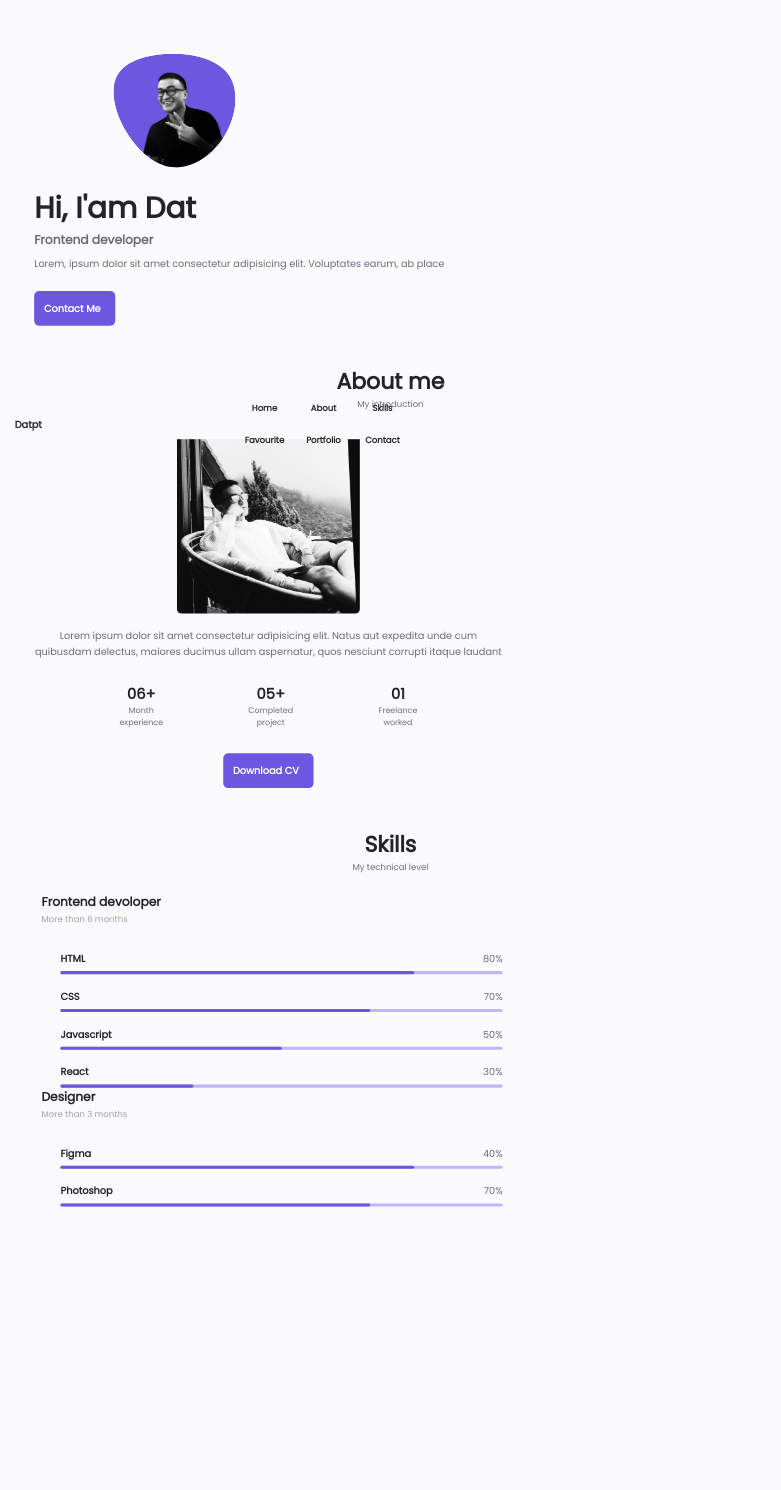
Repository: Datt21/portfolio
Page: index.html
These files come from the project's save history. The page is drawn as it stood at one moment and after the next save; the edit follows.
The browser window is 1280 px wide. The pictures show the whole page, at 61% of full size.
Some icons come from a web library that is not loaded, so they are not drawn.

Above is the page before, as saved 2021-07-10 17:31:35.

### index.html
<!DOCTYPE html>
<html lang="en">
<head>
    <meta charset="UTF-8">
    <meta http-equiv="X-UA-Compatible" content="IE=edge">
    <meta name="viewport" content="width=device-width, initial-scale=1.0">
    <!--============= ICONS ================  -->
    <link rel="stylesheet" href="https://unicons.iconscout.com/release/v4.0.0/css/line.css">

    <!-- ============= SWIPER CSS =============== -->
    <link rel="stylesheet" href="">

    <!-- =============== CSS ========================= -->
    <link rel="stylesheet" href="./Css/style.css">

    <title>Portfolio</title>
</head>
<body>
    <!--============================ HEADER ============================ -->
    <header class="header" id="header">
        <nav class="nav container">
            <a href="#" class="nav__logo">Datpt</a>

            <div class="nav__menu" id="nav-menu">
                <ul class="nav__list grid">
                    <li class="nav__item">
                        <a href="#home" class="nav__link">
                            <i class="uil uil-estate nav__icon"></i>Home
                        </a>
                    </li>
                    <li class="nav__item">
                        <a href="#about" class="nav__link">
                            <i class="uil uil-user nav__icon"></i>About
                        </a>
                    </li>
                    <li class="nav__item">
                        <a href="#skills" class="nav__link">
                            <i class="uil uil-file-alt nav__icon"></i>Skills
                        </a>
                    </li>
                    <li class="nav__item">
                        <a href="#fovourite" class="nav__link">
                            <i class="uil uil-books nav__icon"></i>Favourite
                        </a>
                    </li>
                    <li class="nav__item">
                        <a href="#portfolio" class="nav__link">
                            <i class="uil uil-scenery nav__icon"></i>Portfolio
                        </a>
                    </li>
                    <li class="nav__item">
                        <a href="#contact" class="nav__link">
                            <i class="uil uil-message nav__icon"></i>Contact
                        </a>
                    </li>
                </ul>
                <i class="uil uil-times nav__close" id="nav-close"></i>
            </div>

            <div class="nav__btns">
                <div class="nav__toggle" id="nav-toggle">
                    <i class="uil uil-apps"></i>
                </div>
            </div>
        </nav>
    </header>

     <!--==================== MAIN ====================-->
     <main class="main">
        <!--==================== HOME ====================-->
        <section class="home section" id="home">
            <div class="home__container container grid">
                <div class="home__content grid">
                    <div class="home__social">
                        <a href="https://www.facebook.com/profile.php?id=100043830603950" target="_blank" class="home__social-icon">
                            <i class="uil uil-facebook"></i>
                        </a>
                        <a href="https://t.me/datpt21" target="_blank" class="home__social-icon">
                            <i class="uil uil-telegram-alt"></i>
                        </a>
                        <a href="https://github.com/Datt21" target="_blank" class="home__social-icon">
                            <i class="uil uil-github-alt"></i>
                        </a>
                    </div>

                    <div class="home__img">
                        <svg class="home__blob" viewBox="0 0 200 187" xmlns="http://www.w3.org/2000/svg" xmlns:xlink="http://www.w3.org/1999/xlink">
                            <mask id="mask0" mask-type="alpha">
                                <path d="M190.312 36.4879C206.582 62.1187 201.309 102.826 182.328 134.186C163.346 165.547
                                130.807 187.559 100.226 186.353C69.6454 185.297 41.0228 161.023 21.7403 129.362C2.45775
                                97.8511 -7.48481 59.1033 6.67581 34.5279C20.9871 10.1032 59.7028 -0.149132 97.9666
                                0.00163737C136.23 0.303176 174.193 10.857 190.312 36.4879Z"/>
                            </mask>
                            <g mask="url(#mask0)">
                                <path d="M190.312 36.4879C206.582 62.1187 201.309 102.826 182.328 134.186C163.346
                                165.547 130.807 187.559 100.226 186.353C69.6454 185.297 41.0228 161.023 21.7403
                                129.362C2.45775 97.8511 -7.48481 59.1033 6.67581 34.5279C20.9871 10.1032 59.7028
                                -0.149132 97.9666 0.00163737C136.23 0.303176 174.193 10.857 190.312 36.4879Z"/>

                                <image class="home_blob-img" x='12' y='18 'xlink:href="./images/me.png"/>
                            </g>
                        </svg>

                    </div>

                    <div class="home__data">
                        <h1 class="home__title">Hi, I'am Dat</h1>
                        <h3 class="home_subtitle">Frontend developer</h3>
                        <p class="home_description">Lorem, ipsum dolor sit amet consectetur adipisicing elit.
                            Voluptates earum, ab place</p>
                        <a href="#contact" class="button button--flex">
                            Contact Me<i class="uil uil-message button__icon"></i>
                        </a>
                    </div>
                </div>

                <div class="home_scroll">
                    <a href="#about" class="home__scroll-button button--flex">
                        <i class="uil uil-mouse-alt-2 home__scroll-mouse"></i>
                        <span class="home__scroll-name">Scroll down</span>
                        <i class="uil uil-arrow-down home__scroll-arrow"></i>
                    </a>
                </div>
            </div>
        </section>

        <!--==================== ABOUT ====================-->
        <section class="about section" id="about">
            <h2 class="section__title">About me</h2>
            <span class="section__subtitle">My introduction</span>

            <div class="about__container container grid">
                <img src="./images/me2.jpg" alt="" class="about__img">

                <div class="about-data">
                    <p class="about-decription">Lorem ipsum dolor sit amet consectetur adipisicing elit.
                        Natus aut expedita unde cum quibusdam delectus, maiores ducimus ullam aspernatur, quos nesciunt corrupti itaque laudant</p>

                    <div class="about__info">
                        <div>
                            <span class="about__info-title">06+</span>
                            <span class="about__info-name">Month <br> experience</span>
                        </div>
                        <div>
                            <span class="about__info-title">05+</span>
                            <span class="about__info-name">Completed <br> project</span>
                        </div>
                        <div>
                            <span class="about__info-title">01</span>
                            <span class="about__info-name">Freelance <br> worked</span>
                        </div>
                    </div>

                    <div class="about__buttons">
                        <a download="" href="./pdf/LeTienDat_CV.pdf" class="button button--flex">
                            Download CV <i class="uil uil-download-alt button__icon"></i>
                        </a>
                    </div>
                </div>
            </div>


        </section>

        <!--==================== SKILLS ====================-->
        <section class="skills section" id="skills">
            <h2 class="section__title">Skills</h2>
            <span class="section__subtitle">My technical level</span>

            <div class="skills__container container grid">
                <div>
                    <!-- skill 1 -->
                    <div class="skills__content">
                        <div class="skills__header">
                            <i class="uil uil-brackets-curly skills__icon"></i>

                            <div>
                                <h1 class="skills__title">Frontend devoloper</h1>
                                <span class="skills__subtitle">More than 6 months</span>
                            </div>
                            <i class="uil uil-angle-down skills__arrow"></i>
                        </div>

                        <div class="skills__list grid">
                            <div class="skills__data">
                                <div class="skills__titles">
                                    <h3 class="skills__name">HTML</h3>
                                    <span class="skills__number">80%</span>
                                </div>
                                <div class="skills__bar">
                                    <span class="skills__percentage skills__html"></span>
                                </div>
                            </div>

                            <div class="skills__data">
                                <div class="skills__titles">
                                    <h3 class="skills__name">CSS</h3>
                                    <span class="skills__number">70%</span>
                                </div>
                                <div class="skills__bar">
                                    <span class="skills__percentage skills__css"></span>
                                </div>
                            </div>

                            <div class="skills__data">
                                <div class="skills__titles">
                                    <h3 class="skills__name">Javascript</h3>
                                    <span class="skills__number">50%</span>
                                </div>
                                <div class="skills__bar">
                                    <span class="skills__percentage skills__js"></span>
                                </div>
                            </div>

                            <div class="skills__data">
                                <div class="skills__titles">
                                    <h3 class="skills__name">React</h3>
                                    <span class="skills__number">30%</span>
                                </div>
                                <div class="skills__bar">
                                    <span class="skills__percentage skills__react"></span>
                                </div>
                            </div>
                        </div>
                    </div>

                    <!-- skill 2 -->
                    <div class="skills__content">
                        <div class="skills__header">
                            <i class="uil uil-swatchbook skills__icon"></i>

                            <div>
                                <h1 class="skills__title">Designer</h1>
                                <span class="skills__subtitle">More than 3 months</span>
                            </div>
                            <i class="uil uil-angle-down skills__arrow"></i>
                        </div>

                        <div class="skills__list grid">
                            <div class="skills__data">
                                <div class="skills__titles">
                                    <h3 class="skills__name">Figma</h3>
                                    <span class="skills__number">40%</span>
                                </div>
                                <div class="skills__bar">
                                    <span class="skills__percentage skills__html"></span>
                                </div>
                            </div>

                            <div class="skills__data">
                                <div class="skills__titles">
                                    <h3 class="skills__name">Photoshop</h3>
                                    <span class="skills__number">70%</span>
                                </div>
                                <div class="skills__bar">
                                    <span class="skills__percentage skills__css"></span>
                                </div>
                            </div>

                        </div>
                    </div>
                </div>
            </div>


        </section>

        <!--==================== QUALIFICATION ====================-->
        <section class="qualification section">


        </section>

        <!--==================== SERVICES ====================-->
        <section class="services section" id="services">


        </section>

        <!--==================== PORTFOLIO ====================-->
        <section class="portfolio section" id="portfolio">


        </section>

        <!--==================== PROJECT IN MIND ====================-->
        <section class="project section">


        </section>

        <!--==================== TESTIMONIAL ====================-->
        <section class="testimonial section">


        </section>

        <!--==================== CONTACT ME ====================-->
        <section class="contact section" id="contact">


        </section>
    </main>

    <!--==================== FOOTER ====================-->
    <footer class="footer">


    </footer>

    <!--==================== SCROLL TOP ====================-->


    <!--==================== SWIPER JS ====================-->
    <script src=""></script>

    <!-- =================== JS ======================= -->
    <script src="./JS/main.js"></script>
</body>
</html>

Loaded but not shown: JS/main.js (56 lines, source omitted); Css/style.css (504 lines, source omitted)

After the next save:
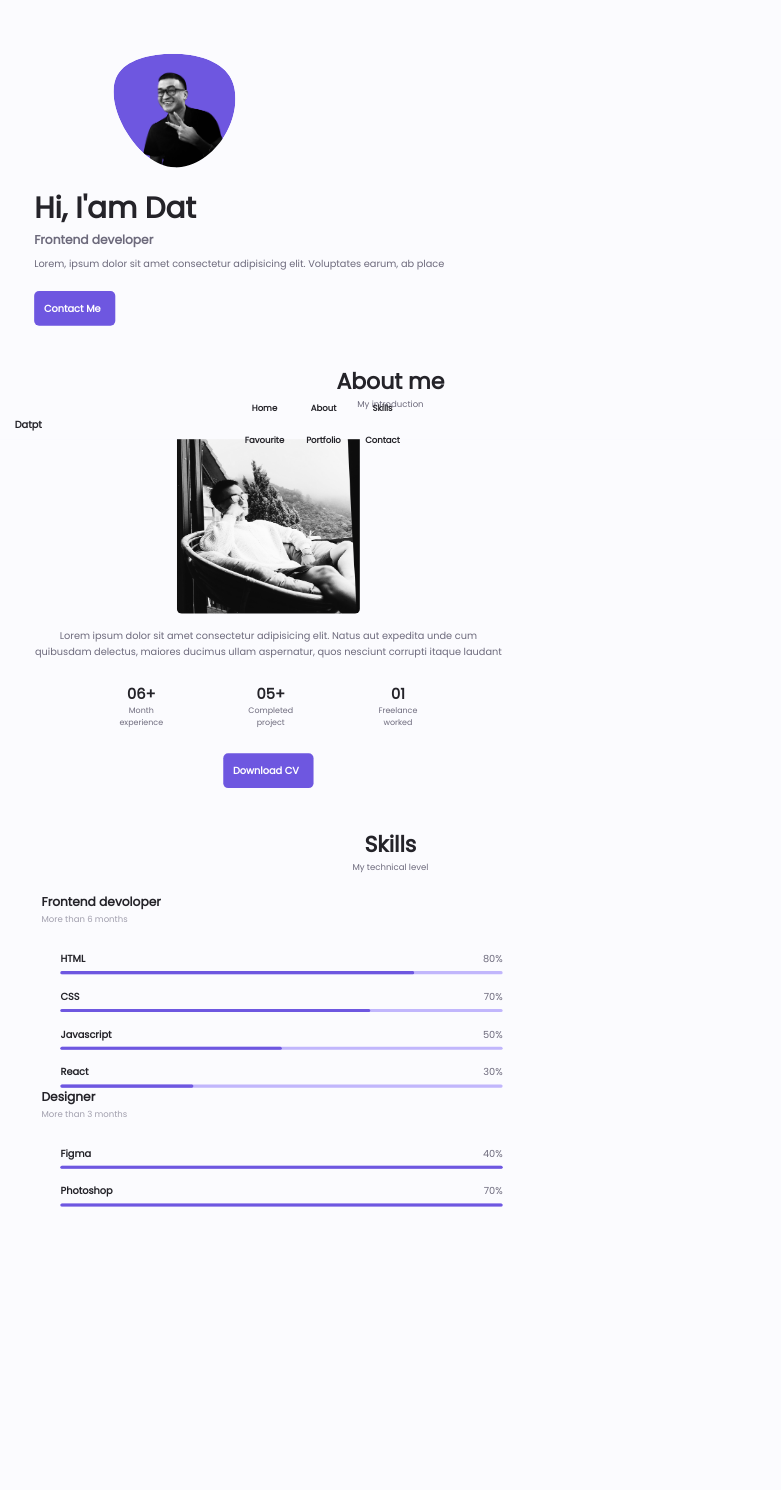
Saved 43 s later.
--- a/index.html
+++ b/index.html
@@ -178,6 +178,7 @@
                                 <h1 class="skills__title">Frontend devoloper</h1>
                                 <span class="skills__subtitle">More than 6 months</span>
                             </div>
+
                             <i class="uil uil-angle-down skills__arrow"></i>
                         </div>
 
@@ -243,7 +244,7 @@
                                     <span class="skills__number">40%</span>
                                 </div>
                                 <div class="skills__bar">
-                                    <span class="skills__percentage skills__html"></span>
+                                    <span class="skills__percentage skills__figma"></span>
                                 </div>
                             </div>
 
@@ -253,7 +254,7 @@
                                     <span class="skills__number">70%</span>
                                 </div>
                                 <div class="skills__bar">
-                                    <span class="skills__percentage skills__css"></span>
+                                    <span class="skills__percentage skills__photoshop"></span>
                                 </div>
                             </div>
 
